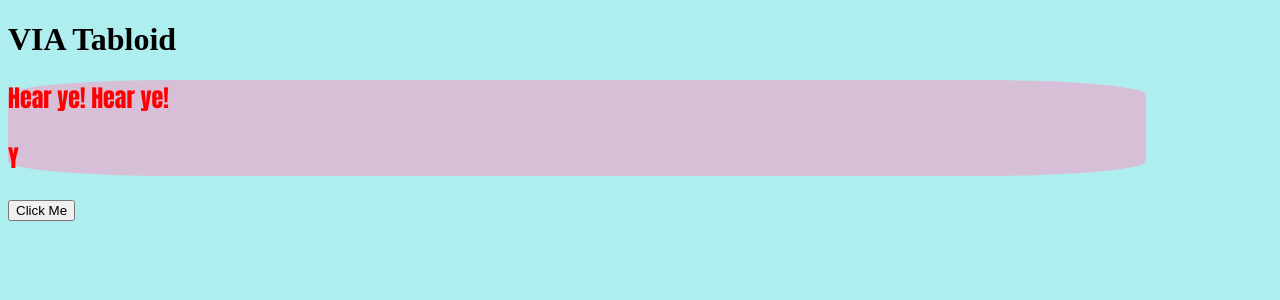
Repository: pimbp/doc_assign
Page: Frontend/index.html
These files come from the project's save history. The page is drawn as it stood at one moment and after a run of saves; the edit follows.
The browser window is 1280 px wide. The pictures show the whole page.

Above is the page before, as saved 2026-02-25 16:38:02.

### Frontend/index.html
<!DOCTYPE html>
<html>
<head>
    <link rel="stylesheet" href="style/fancy.css">
</head>
<body>
    <h1>VIA Tabloid</h1>
    <div id="sensational">

        Hear ye! Hear ye!
        <p>
            Y
        </p>

    </div>
    <button onclick="myFunction()">Click Me</button>
    <script src="functions/funct.js"></script>
</body>
</html>

### Frontend/style/fancy.css
body { background-color: paleturquoise; }

#sensational {
    font-family: Impact, Haettenschweiler, 'Arial Narrow Bold', sans-serif;
    font-size: 24px;
    color: red;
    font-weight: bold;

    max-width: 90%;
    background-color: thistle;
    border-radius: 15%;
}
#sensational.p {
    font-family: 'Courier New', Courier, monospace;
    font-size: 18px;
    color: purple;
}

### Frontend/functions/funct.js
function myFunction() { alert('Connected!'); }

After the next 2 saves:
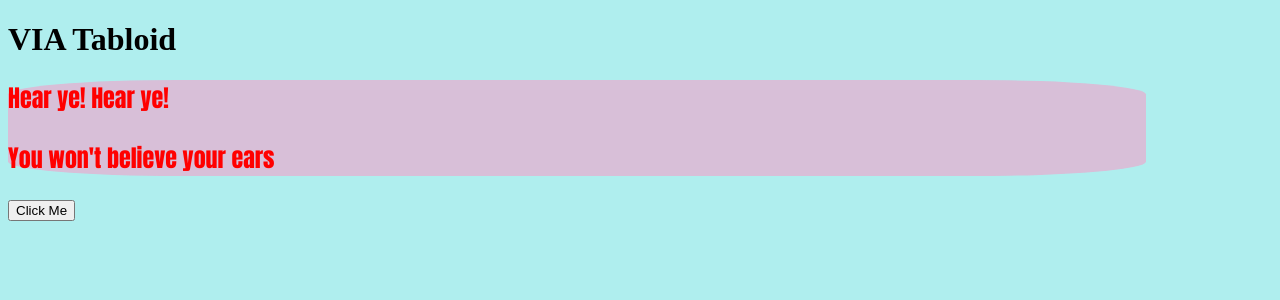
The 2 saves are shown as one change because they came seconds apart.
The last was saved 25 s later.
--- a/Frontend/index.html
+++ b/Frontend/index.html
@@ -9,7 +9,7 @@
 
         Hear ye! Hear ye!
         <p>
-            Y
+            You won't believe your ears
         </p>
 
     </div>
